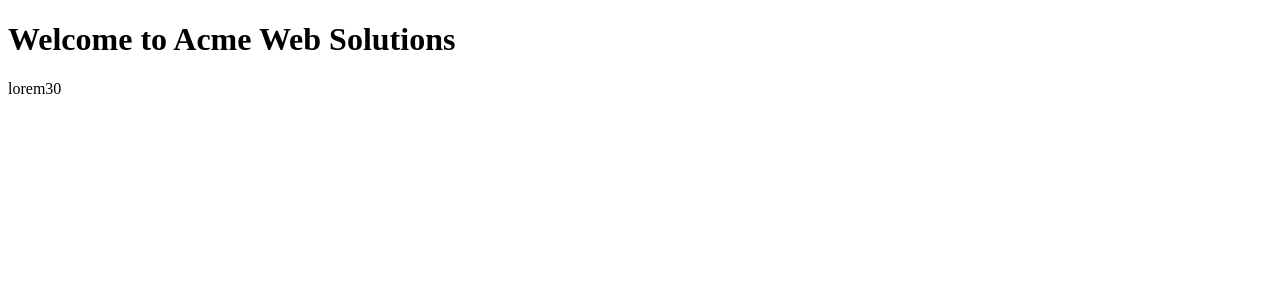
Repository: ErikBaer/MobileFirst
Page: index.html
These files come from the project's save history. The page is drawn as it stood at one moment and after the next save; the edit follows.
The browser window is 1280 px wide. The pictures show the whole page.

Above is the page before, as saved 2020-02-15 01:58:31.

After the next save:
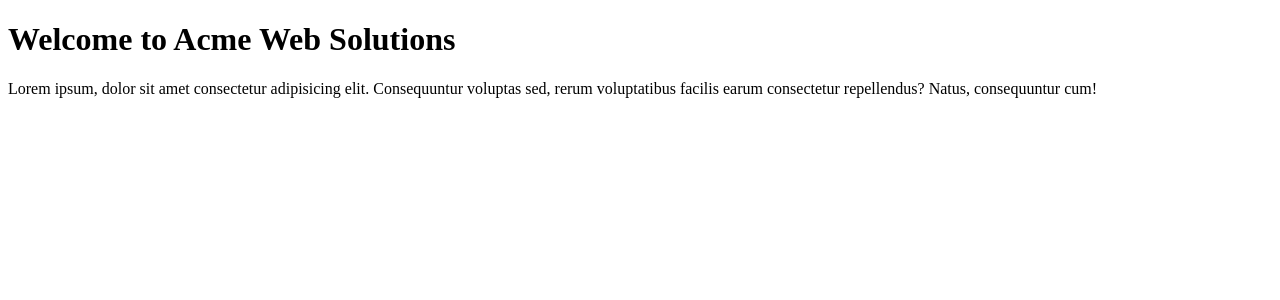
Saved 32 s later.
--- a/index.html
+++ b/index.html
@@ -10,7 +10,9 @@
    <header id="showcase" class="grid"></header>
     <div class="bg-image"></div>
     <h1>Welcome to Acme Web Solutions</h1>
-    <p>lorem30
-    </p>
+    <p>Lorem ipsum, dolor sit amet consectetur adipisicing elit.
+         Consequuntur voluptas sed, rerum voluptatibus facilis
+         earum consectetur repellendus? Natus, consequuntur cum!
+        </p>
 </body>
 </html>
